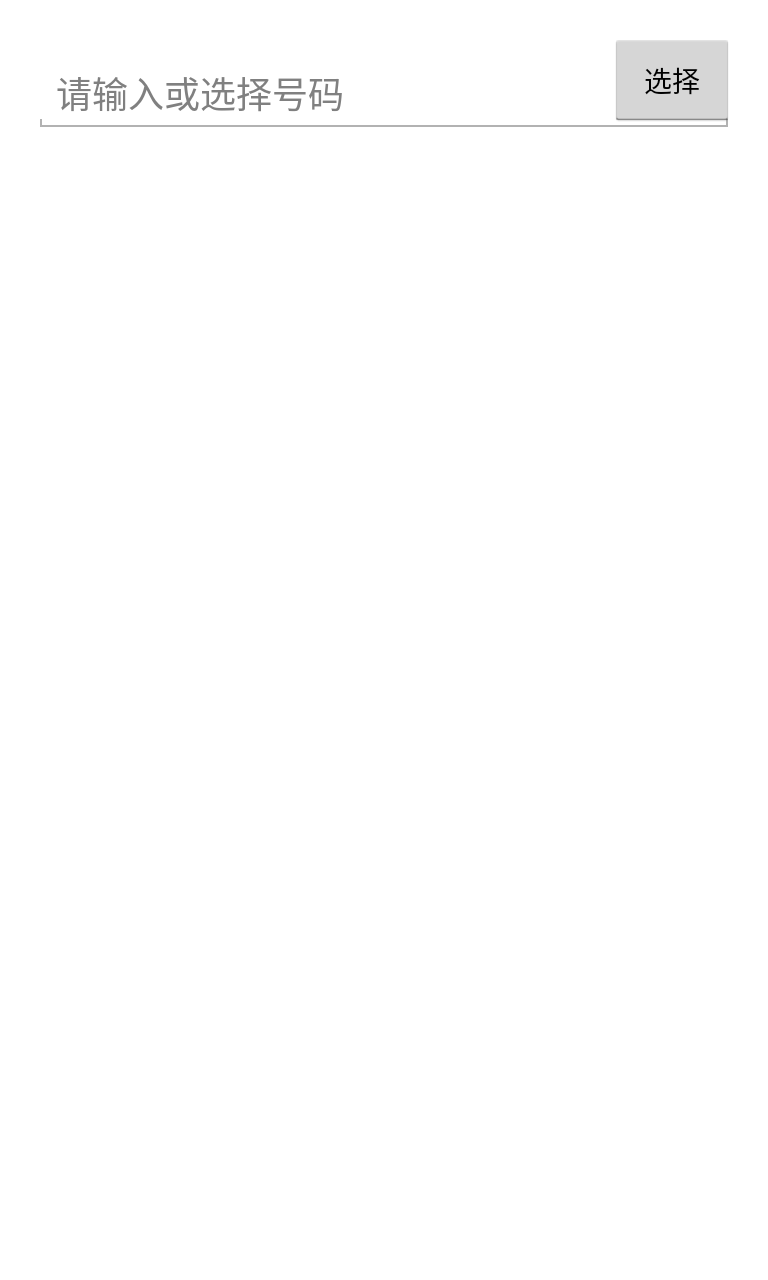
Repository: DongHuaLu/android
Layout: 26SmsSernder/res/layout/activity_main.xml
These files come from the project's save history. The layout is drawn as it stood at one moment and after the next save; the edit follows.
It is drawn on a 768 x 1280 px phone screen (xhdpi) without system bars, with theme AppTheme; the app's code is not run.

Above is the layout before, as saved 2013-08-29 02:51:32.

After the next save:
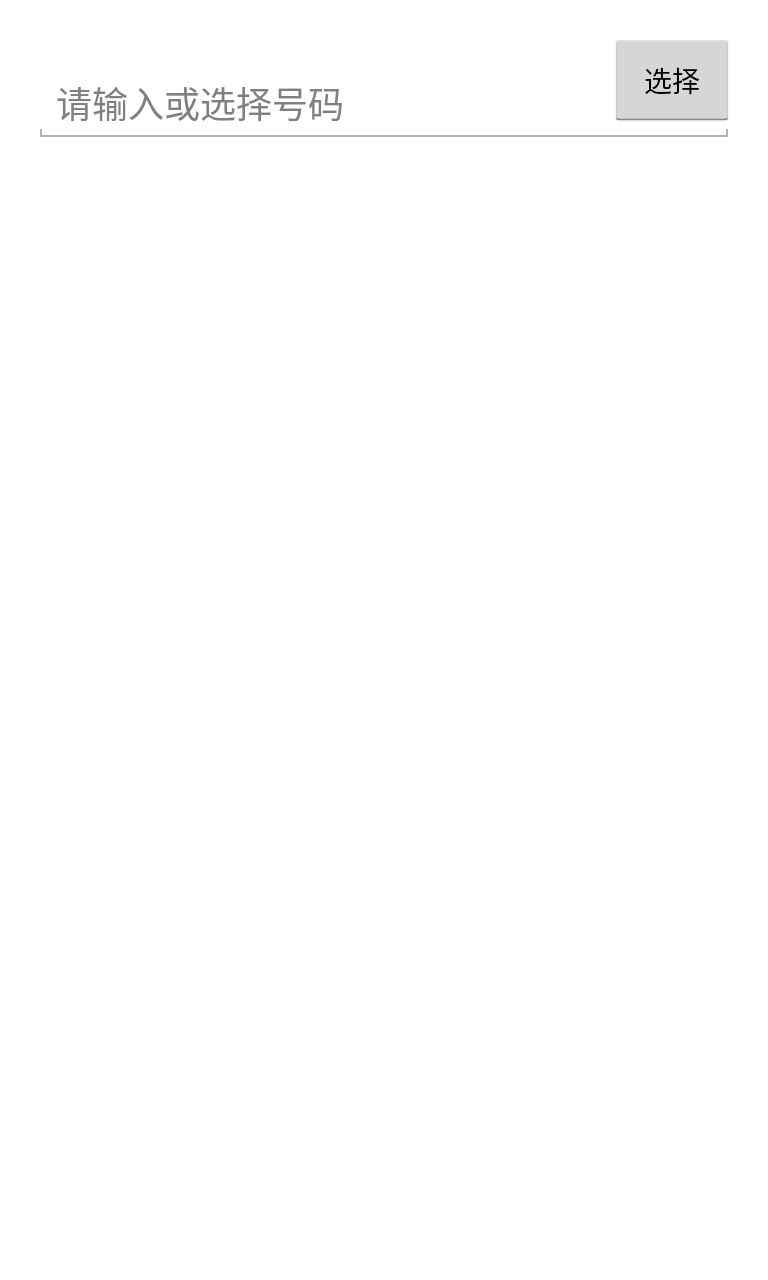
Saved 8 s later.
--- a/26SmsSernder/res/layout/activity_main.xml
+++ b/26SmsSernder/res/layout/activity_main.xml
@@ -14,7 +14,7 @@
         android:layout_height="wrap_content" >
 
         <EditText
-            android:layout_marginTop="10dp"
+            android:layout_marginTop="15dp"
             android:id="@+id/et1"
             android:layout_width="fill_parent"
             android:layout_height="wrap_content"
